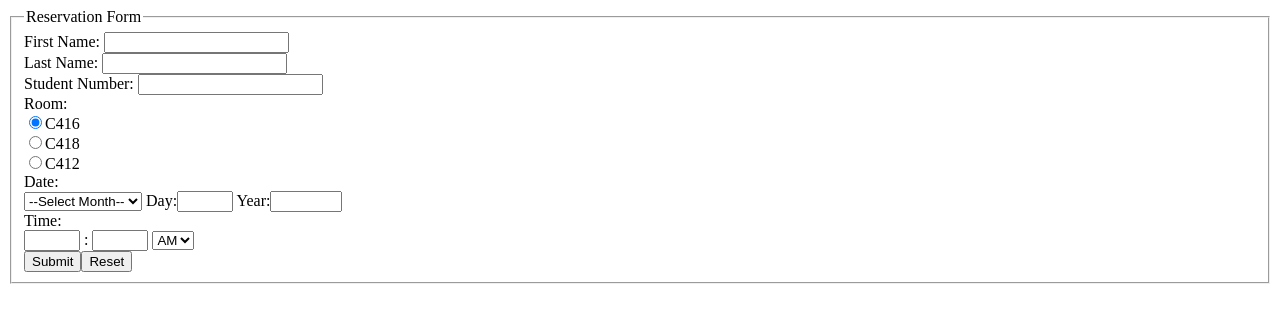
Repository: kazuma-sato/COMP3095
Page: COMP3095LabTestA_SatoKazuma/WebContent/reservationForm.html
An editor plug-in stored every save of this project. The page is shown before and after the next save, followed by the edit.
The browser window is 1280 px wide. The pictures show the whole page.

Above is the page before, as saved 2016-10-11 12:39:06.

### COMP3095LabTestA_SatoKazuma/WebContent/reservationForm.html
<!DOCTYPE html>
<html>
<head>
<meta charset="UTF-8">
<title>Insert title here</title>
</head>
<body>
	<form method="post" action="reservation">
		<fieldset name="reservation">
			<legend>Reservation Form</legend>
			<label for="firstName">First Name: </label>
				<input type="text" name="firstName" /><br />

			<label for="lastName">Last Name:</label>
				<input type="text" name="lastName" /><br />

			<label for="studentNum">Student Number: </label>
				<input type="text" name="studentNum" /><br />

			<label for="roomNum">Room:</label><br />
				<input type="radio" name="roomNum" value="C416" checked>C416<br />
				<input type="radio" name="roomNum" value="C418">C418<br />
				<input type="radio" name="roomNum" value="C412">C412<br />

			<label for="month">Date:</label><br />
				<select name="month">
					<option value='' selected>--Select Month--</option>
				    <option  value='1'>Janaury</option>
				    <option value='2'>February</option>
				    <option value='3'>March</option>
				    <option value='4'>April</option>
				    <option value='5'>May</option>
				    <option value='6'>June</option>
				    <option value='7'>July</option>
				    <option value='8'>August</option>
				    <option value='9'>September</option>
				    <option value='10'>October</option>
				    <option value='11'>November</option>
				    <option value='12'>December</option>
				</select>
				Day:<input type="number" name="day" min="1" max="31" >
				Year:<input type="number" name="year" min="2016" max="2017"><br />

			<label for="time">Time:</label><br />
				<input type="number" name="hour" min="1" max="12"/> :
				<input type="number" name="minutes" min="0" max="59">
				<select name="ampm">
					<option value="am">AM</option>
					<option value="pm">PM</option>
				</select><br />

			<input type="Submit"><input type="reset">

		</fieldset>
	</form>
</body>
</html>

After the next save:
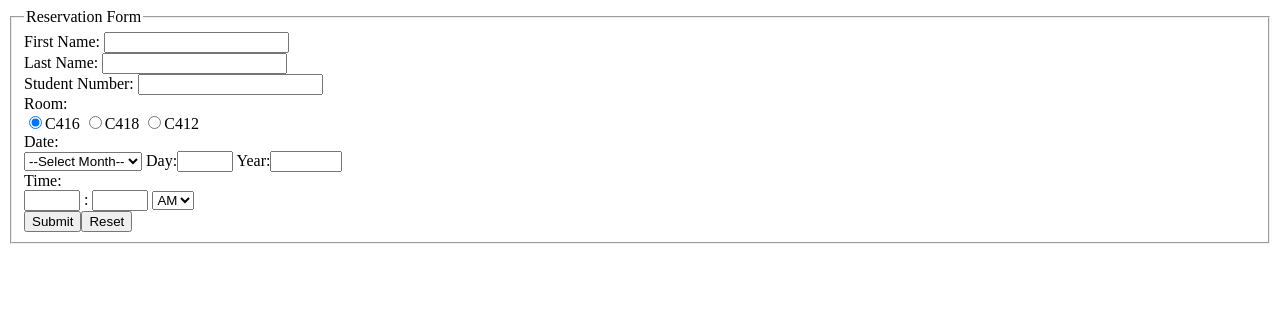
Saved 2 min 14 s later.
--- a/COMP3095LabTestA_SatoKazuma/WebContent/reservationForm.html
+++ b/COMP3095LabTestA_SatoKazuma/WebContent/reservationForm.html
@@ -18,8 +18,8 @@
 				<input type="text" name="studentNum" /><br />
 
 			<label for="roomNum">Room:</label><br />
-				<input type="radio" name="roomNum" value="C416" checked>C416<br />
-				<input type="radio" name="roomNum" value="C418">C418<br />
+				<input type="radio" name="roomNum" value="C416" checked>C416
+				<input type="radio" name="roomNum" value="C418">C418
 				<input type="radio" name="roomNum" value="C412">C412<br />
 
 			<label for="month">Date:</label><br />
